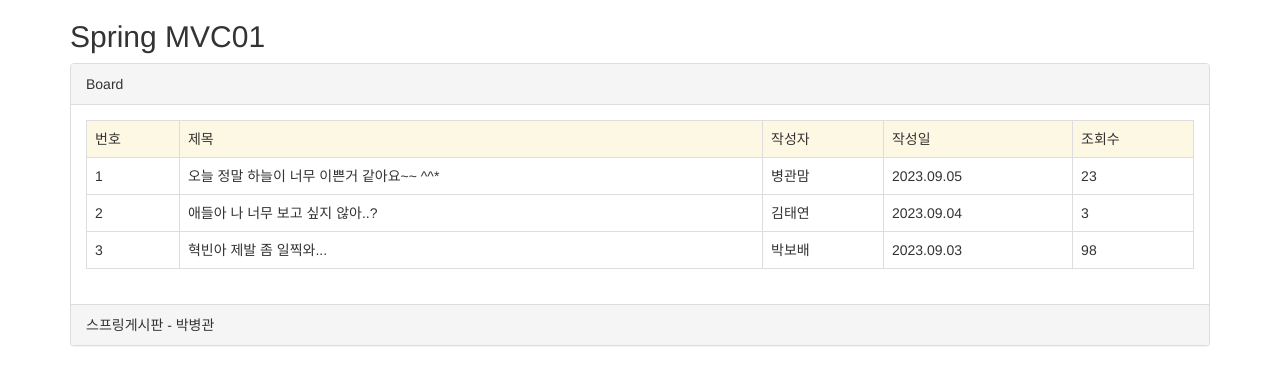
Repository: juhyun98/Spring
Page: http://localhost/SpringMVC01/boardList.do
These files come from the project's save history. The page is drawn as it stood at one moment and after the next save; the edit follows.
The browser window is 1280 px wide. The pictures show the whole page.
The page is served by Tomcat 9. Other server files are loaded and not shown.

Above is the page before, as saved 2023-09-05 02:13:22.

### SpringMVC01/src/main/webapp/WEB-INF/views/boardList.jsp
<%@ page language="java" contentType="text/html; charset=UTF-8"
	pageEncoding="UTF-8"%>
<%@ taglib prefix="c" uri="http://java.sun.com/jsp/jstl/core" %>
<!DOCTYPE html>
<html>
<head>
<meta charset="UTF-8">
<link rel="stylesheet" href="https://maxcdn.bootstrapcdn.com/bootstrap/3.4.1/css/bootstrap.min.css">
<script src="https://ajax.googleapis.com/ajax/libs/jquery/3.6.4/jquery.min.js"></script>
<script src="https://maxcdn.bootstrapcdn.com/bootstrap/3.4.1/js/bootstrap.min.js"></script>
<title>Insert title here</title>
</head>
<body>

	<div class="container">
		<h2>Spring MVC01</h2>
		<div class="panel panel-default">
			<div class="panel-heading">Board</div>
			<div class="panel-body">
				<table class="table table-bordered table-hover">
					<tr class="warning">
						<td>번호</td>
						<td>제목</td>
						<td>작성자</td>
						<td>작성일</td>
						<td>조회수</td>
					</tr>

					<tr>
						<td>1</td>
						<td>오늘 정말 하늘이 너무 이쁜거 같아요~~ ^^*</td>
						<td>병관맘</td>
						<td>2023.09.05</td>
						<td>23</td>
					</tr>

					<tr>
						<td>2</td>
						<td>애들아 나 너무 보고 싶지 않아..?</td>
						<td>김태연</td>
						<td>2023.09.04</td>
						<td>3</td>
					</tr>

					<tr>
						<td>3</td>
						<td>혁빈아 제발 좀 일찍와...</td>
						<td>박보배</td>
						<td>2023.09.03</td>
						<td>98</td>
					</tr>

				</table>
			</div>
			<div class="panel-footer">스프링게시판 - 박병관</div>
		</div>
	</div>

</body>
</html>

After the next save:
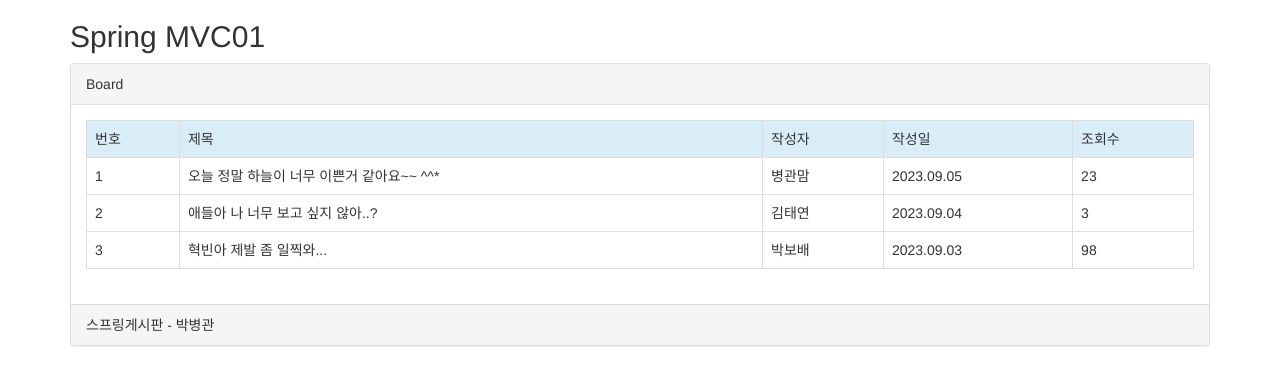
Saved 9 s later.
--- a/SpringMVC01/src/main/webapp/WEB-INF/views/boardList.jsp
+++ b/SpringMVC01/src/main/webapp/WEB-INF/views/boardList.jsp
@@ -18,7 +18,7 @@
 			<div class="panel-heading">Board</div>
 			<div class="panel-body">
 				<table class="table table-bordered table-hover">
-					<tr class="warning">
+					<tr class="info">
 						<td>번호</td>
 						<td>제목</td>
 						<td>작성자</td>
